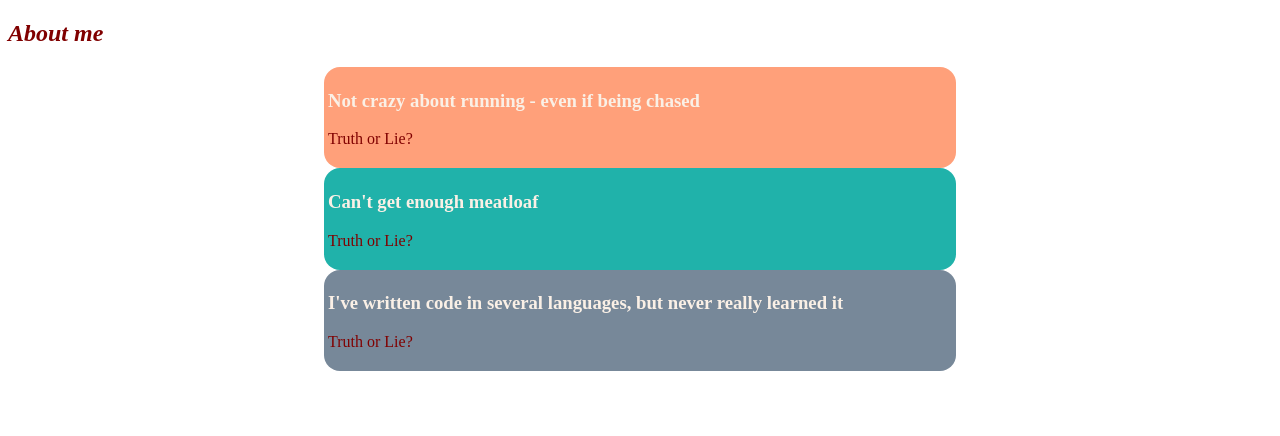
Repository: rodwestmoreland/1150
Page: 2Truths1Lie/index.html
The author's editor kept a copy of each file at every save. The page is drawn from the files as they stood at one save, then again after the next save.
The browser window is 1280 px wide. The pictures show the whole page.

Above is the page before, as saved 2021-01-25 11:29:40.

### 2Truths1Lie/index.html
<!DOCTYPE html>
<html lang="en">

<head>
    <meta charset="UTF-8">
    <meta name="viewport" content="width=device-width, initial-scale=1.0">
    <link rel="stylesheet" href="style.css">
    <title>2 truths 1 lie </title>
</head>

<body>
    <h2>About me</h2>
    <div class="info">
        <div class="one">

            <h3> Not crazy about running - even if being chased </h3>
            <p>
                Truth or Lie?
            </p>
        </div>
        <div class="two">
            <h3> Can't get enough meatloaf </h3>
            <p>
                Truth or Lie?
            </p>
        </div>
        <div class="three">

            <h3> I've written code in several languages, but never really learned it </h3>
            <p>
                Truth or Lie?
            </p>
        </div>
    </div>
</body>

</html>

### 2Truths1Lie/style.css
h2 {
    color: maroon;
    font-style: italic;
}

.info {
    font-weight: 500;
    color: linen;

    width: 50%;
    margin: 0 auto;
}

.info p {
    color: maroon;
}

.one {
    background-color: lightsalmon;
    padding: .25em;
    border-radius: 1em;
}

.two {
    background-color: lightseagreen;
    padding: .25em;
    border-radius: 1em;
}

.three {
    background-color: lightslategrey;
    padding: .25em;
    border-radius: 1em;
}

After the next save:
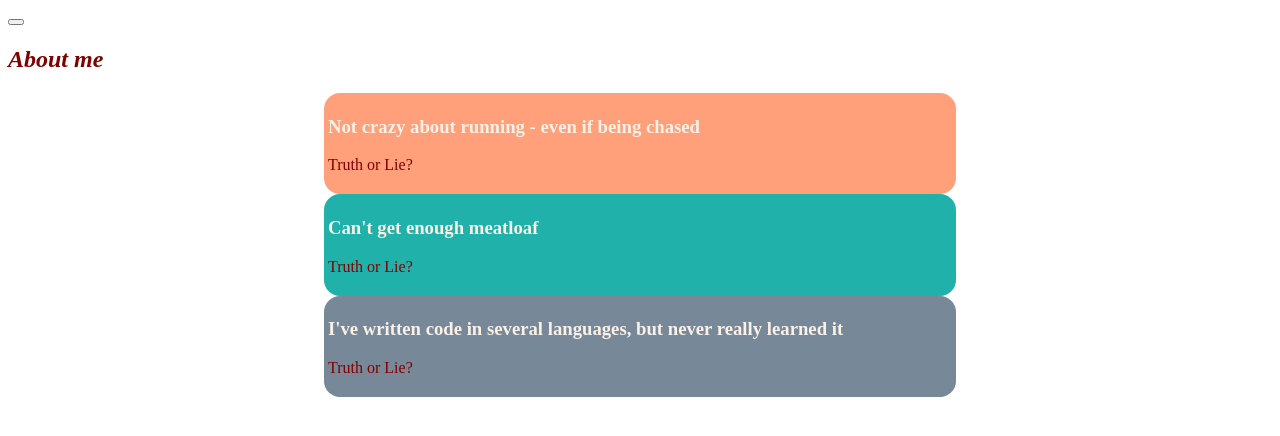
Saved 101 min 5 s later.
--- a/2Truths1Lie/index.html
+++ b/2Truths1Lie/index.html
@@ -8,7 +8,7 @@
     <title>2 truths 1 lie </title>
 </head>
 
-<body>
+<body> <button></button>
     <h2>About me</h2>
     <div class="info">
         <div class="one">
